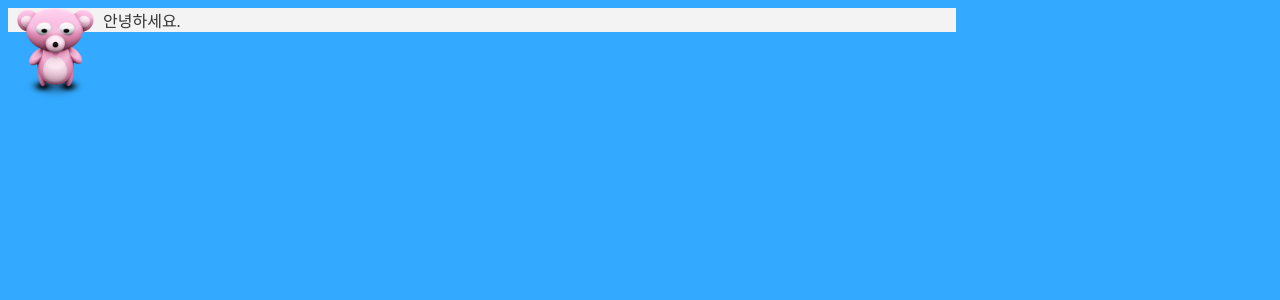
Repository: BaekJiGyeong/JSP_web
Page: http://localhost/Article/
The author's editor kept a copy of each file at every save. The page is drawn from the files as they stood at one save, then again after the next save.
The browser window is 1280 px wide. The pictures show the whole page.
The page is served by Tomcat 9. Other server files are loaded and not shown.

Above is the page before, as saved 2016-03-03 05:56:03.

### Article/WebContent/index.jsp
<%@ page language="java" contentType="text/html; charset=UTF-8"
    pageEncoding="UTF-8"%>

<jsp:include page="./WEB-INF/view/common/header.jsp"></jsp:include>

### Article/WebContent/WEB-INF/view/common/header.jsp
<%@ page language="java" contentType="text/html; charset=UTF-8"
    pageEncoding="UTF-8"%>
<!DOCTYPE html>
<html>
<head>
<meta http-equiv="Content-Type" content="text/html; charset=UTF-8">
<link rel="stylesheet" type="text/css" href="/resource/css/header.css"/>
<title>회원제 게시판</title>
</head>
<body>

	<div id="wrapper">

		<div id="header">

			<img src="/resource/img/icon.png" /> 안녕하세요.

		</div>
		<div class="clear"></div>

### Article/WebContent/resource/css/header.css
@CHARSET "UTF-8";

body, input, div, span, p, a, td, th, caption, lable, h1, h2, h3, h4, h5, h6, textarea, iframe, ul, al, li, dd, dt, b, u, i, strong, pre, code, address, city, header, aside{
	color:#333333;
}

img {
	/* 이미지 주변의 파란 줄 제거 */
	border: none;
}

body {
	background-color: #33AAFF;
}

div#wrapper {
	width: 75%;
	background-color: #F3F3F3;
}

div#header img {
	width: 95px;
	height: 95px;
	float: left;
}

div#header div {
	padding-top: 40px;
	float: left;
}

After the next save:
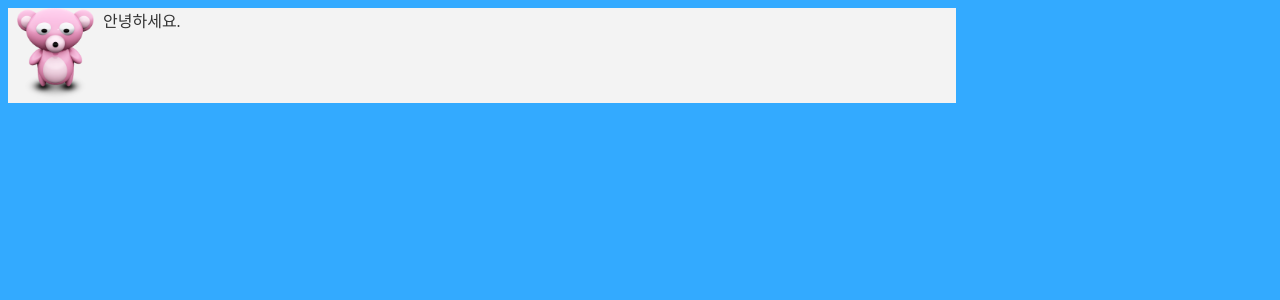
Saved 69 s later.
--- a/Article/WebContent/resource/css/header.css
+++ b/Article/WebContent/resource/css/header.css
@@ -28,3 +28,7 @@ div#header div {
 	padding-top: 40px;
 	float: left;
 }
+
+div.clear{
+	clear: both;
+}
